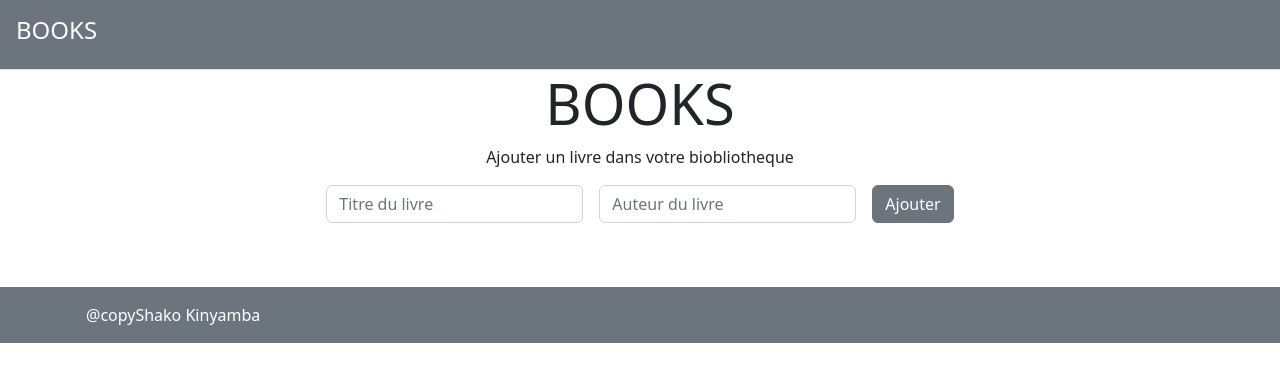
Repository: SKB-TECH/Books
Page: /
These files come from the project's save history. The page is drawn as it stood at one moment and after the next save; the edit follows.
The browser window is 1280 px wide. The pictures show the whole page.
The project was rebuilt for these pictures with package versions that can differ from the ones it lists, and the page was loaded fresh each time. Also part of the build but not shown: vite.config.js.

Above is the page before, as saved 2022-11-09 16:04:12.

After the next save:
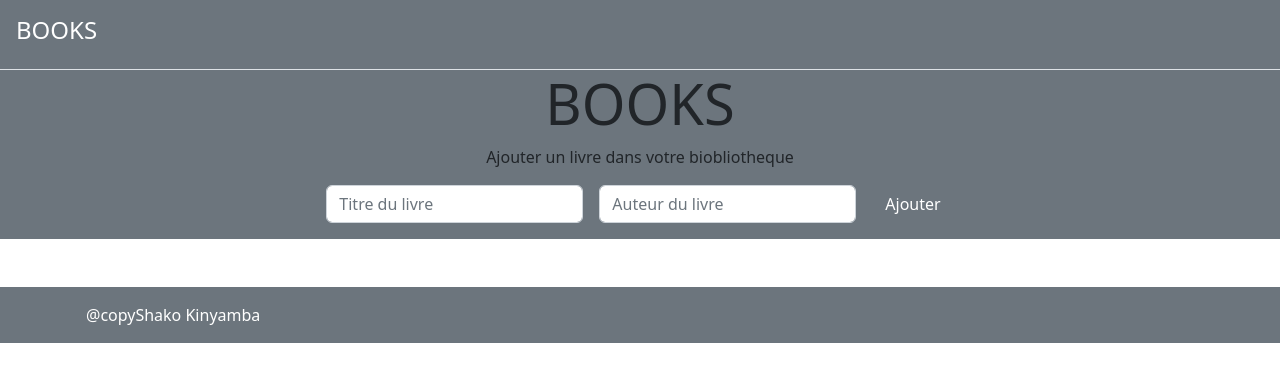
Saved 5 s later.
--- a/src/Containers/AddBooks.jsx
+++ b/src/Containers/AddBooks.jsx
@@ -3,7 +3,7 @@
 const AddBooks = () => {
     return (
         <main role="main">
-            <div className='jumbotron jumbotron-fluid '>
+            <div className='jumbotron jumbotron-fluid bg-secondary'>
                 <div className='container text-center'>
                     <h1 className='display-4'>
                         BOOKS

After the save that followed:
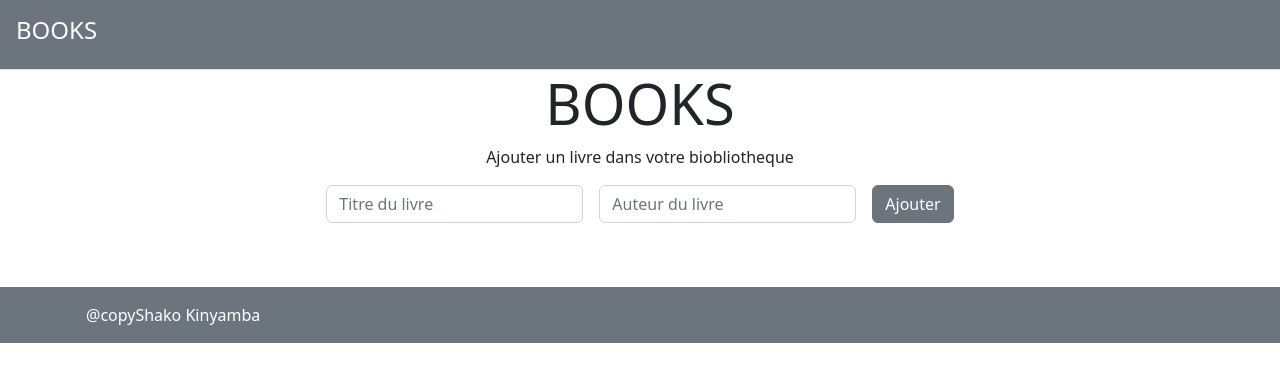
Saved 16 s later.
--- a/src/Containers/AddBooks.jsx
+++ b/src/Containers/AddBooks.jsx
@@ -3,7 +3,7 @@
 const AddBooks = () => {
     return (
         <main role="main">
-            <div className='jumbotron jumbotron-fluid bg-secondary'>
+            <div className='jumbotron jumbotron-fluid'>
                 <div className='container text-center'>
                     <h1 className='display-4'>
                         BOOKS
